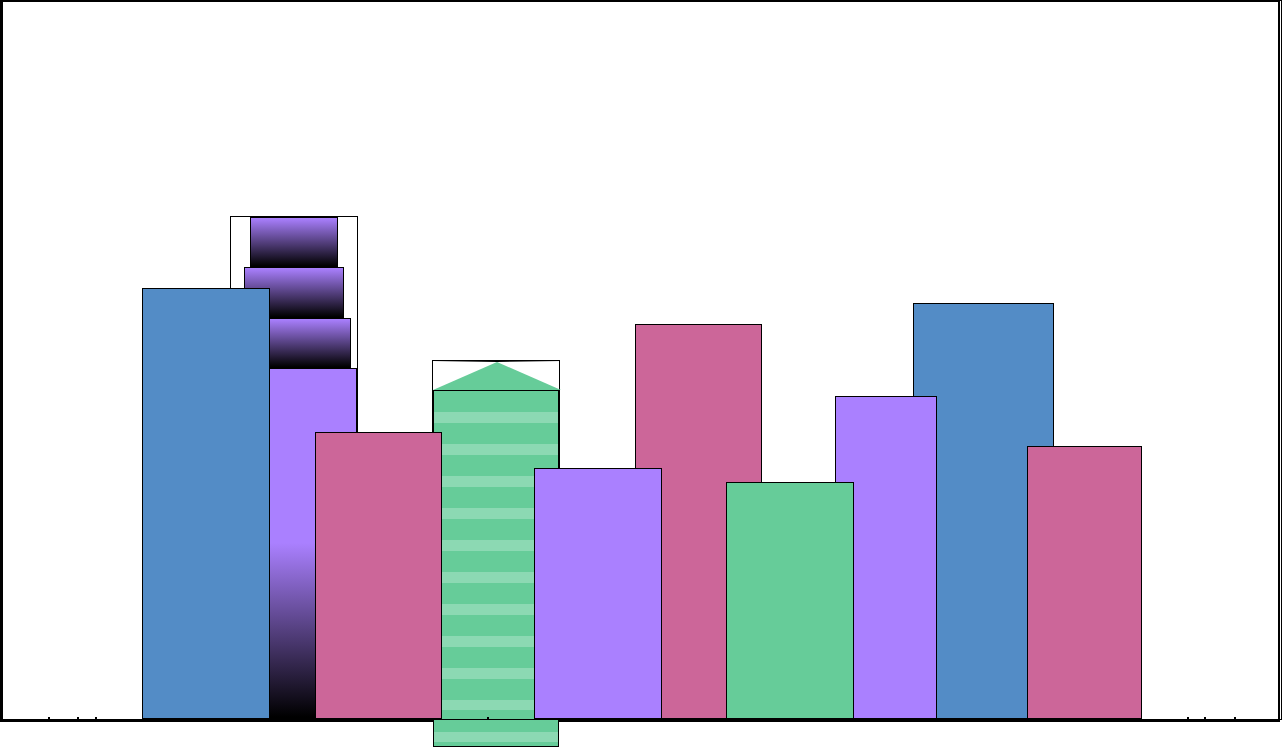
Repository: Lungdjos/city_skyline
Page: index.html
An editor plug-in stored every save of this project. The page is shown before and after the next save, followed by the edit.
The browser window is 1280 px wide. The page is 1282 px wide, so the pictures cover 1282 px, including what lies to the right of the window. The pictures show the whole page.

Above is the page before, as saved 2023-12-12 11:02:13.

### index.html
<!DOCTYPE html>
<html lang="en">

<head>
    <meta charset="UTF-8">
    <meta name="viewport" content="width=device-width, initial-scale=1.0">
    <title>City Skyline</title>
    <link href="styles.css" rel="stylesheet" />
</head>

<body>
    <div class="background-buildings">
        <div></div>
        <div></div>
        <div class="bb1">
            <div class="bb1a bb1-window"></div>
            <div class="bb1b bb1-window"></div>
            <div class="bb1c bb1-window"></div>
            <div class="bb1d"></div>
        </div>
        <div class="bb2">
            <div class="bb2a"></div>
            <div class="bb2b"></div>
        </div>
        <div class="bb3"></div>
        <div></div>
        <div class="bb4"></div>
        <div></div>
        <div></div>
    </div>
    <div class="foreground-buildings">
        <div></div>
        <div></div>
        <div class="fb1"></div>
        <div class="fb2"></div>
        <div></div>
        <div class="fb3"></div>
        <div class="fb4"></div>
        <div class="fb5"></div>
        <div class="fb6"></div>
        <div></div>
        <div></div>
    </div>
</body>

</html>

</html>

</html>

### styles.css
:root {
    --building-color1: #aa80ff;
    --building-color2: #66cc99;
    --building-color3: #cc6699;
    --building-color4: #538cc6;
    --window-color1: black;
    --window-color2: #8cd9b3;
}

* {
    border: 1px solid black;
    box-sizing: border-box;
}

body {
    height: 100vh;
    margin: 0;
    overflow: hidden;
}

.background-buildings,
.foreground-buildings {
    width: 100%;
    height: 100%;
    display: flex;
    align-items: flex-end;
    justify-content: space-evenly;
    position: absolute;
    top: 0;
}


/* BACKGROUND BUILDINGS - "bb" stands for "background building" */

.bb1 {
    width: 10%;
    height: 70%;
    display: flex;
    flex-direction: column;
    align-items: center;
}

.bb1a {
    width: 70%;
}

.bb1b {
    width: 80%;
}

.bb1c {
    width: 90%;
}

.bb1d {
    width: 100%;
    height: 70%;
    background: linear-gradient( var(--building-color1) 50%, var(--window-color1));
}

.bb1-window {
    height: 10%;
    background: linear-gradient( var(--building-color1), var(--window-color1));
}

.bb2 {
    width: 10%;
    height: 50%;
}

.bb2a {
    /* margin: auto;
     width: 5vw;
    height: 5vw;
    border-top: 1vw solid #000;
    */
    border-bottom: 4vh solid var(--building-color2);
    border-left: 5vw solid transparent;
    border-right: 5vw solid transparent;
}

.bb2b {
    width: 100%;
    height: 100%;
    background: repeating-linear-gradient(var(--building-color2) 0%, var(--building-color2) 6%, var(--window-color2) 6%, var(--window-color2) 9%);
}

.bb3 {
    width: 10%;
    height: 55%;
    background-color: var(--building-color3);
}

.bb4 {
    width: 11%;
    height: 58%;
    background-color: var(--building-color4);
}


/* FOREGROUND BUILDINGS - "fb" stands for "foreground building" */

.fb1 {
    width: 10%;
    height: 60%;
    background-color: var(--building-color4);
}

.fb2 {
    width: 10%;
    height: 40%;
    background-color: var(--building-color3);
}

.fb3 {
    width: 10%;
    height: 35%;
    background-color: var(--building-color1);
}

.fb4 {
    width: 8%;
    height: 45%;
    background-color: var(--building-color1);
    position: relative;
    left: 10%;
}

.fb5 {
    width: 10%;
    height: 33%;
    background-color: var(--building-color2);
    position: relative;
    right: 10%;
}

.fb6 {
    width: 9%;
    height: 38%;
    background-color: var(--building-color3);
}

After the next save:
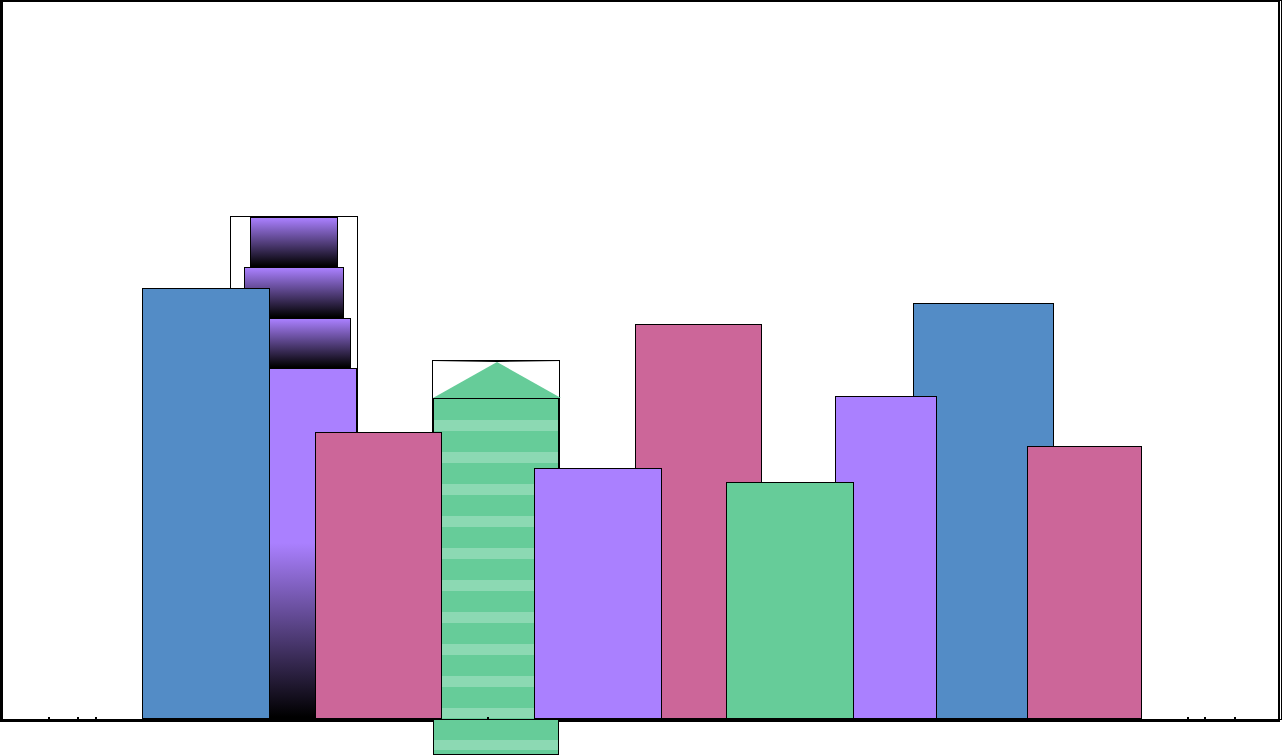
Saved 9 s later.
--- a/styles.css
+++ b/styles.css
@@ -74,7 +74,7 @@ body {
     height: 5vw;
     border-top: 1vw solid #000;
     */
-    border-bottom: 4vh solid var(--building-color2);
+    border-bottom: 5vh solid var(--building-color2);
     border-left: 5vw solid transparent;
     border-right: 5vw solid transparent;
 }
